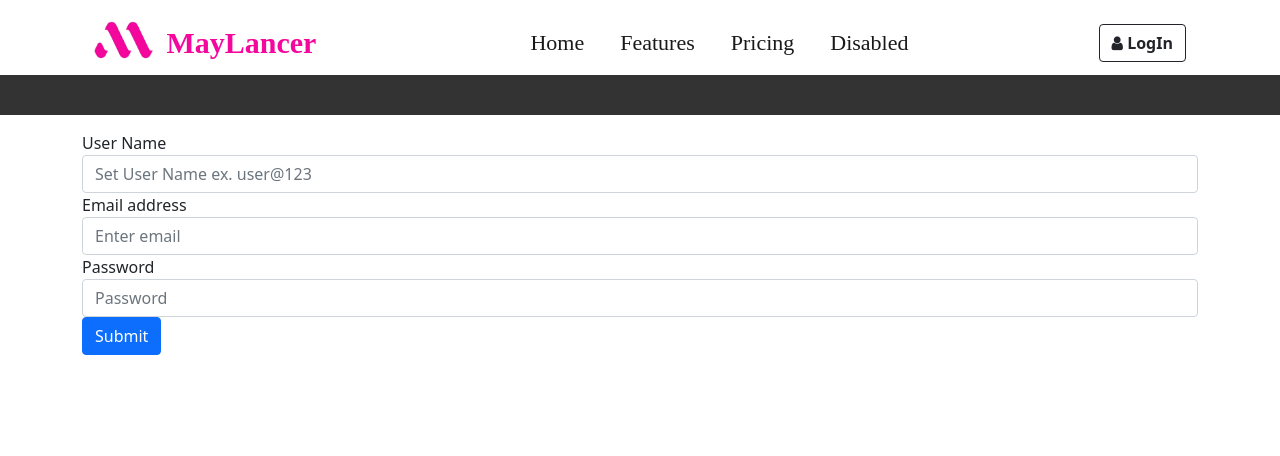
Repository: prathmesh2023/maylancers
Page: http://localhost/register
The author's editor kept a copy of each file at every save. The page is drawn from the files as they stood at one save, then again after the next save.
The browser window is 1280 px wide. The pictures show the whole page.
Some web fonts or font styles are not loaded; a fallback is used. Some web libraries are served in a nearby version. The page is served by the project's application, run on Django 3.2 (manage.py).

Above is the page before, as saved 2022-01-23 19:49:19.

After the next save:
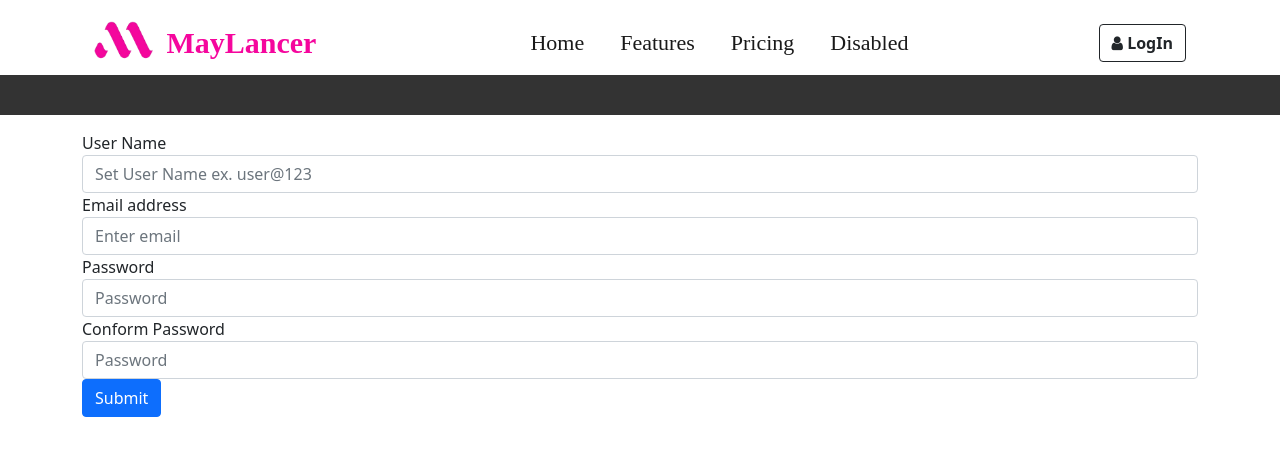
Saved 21 s later.
--- a/templates/register.html
+++ b/templates/register.html
@@ -18,6 +18,11 @@
             <input type="password" class="form-control" id="exampleInputPassword1" placeholder="Password">
         </div>
 
+        <div class="form-group">
+            <label for="exampleInputPassword1">Conform Password</label>
+            <input type="password" class="form-control" id="exampleInputPassword1" placeholder="Password">
+        </div>
+
         <button type="submit" class="btn btn-primary">Submit</button>
     </form>
 </div>

After the save that followed:
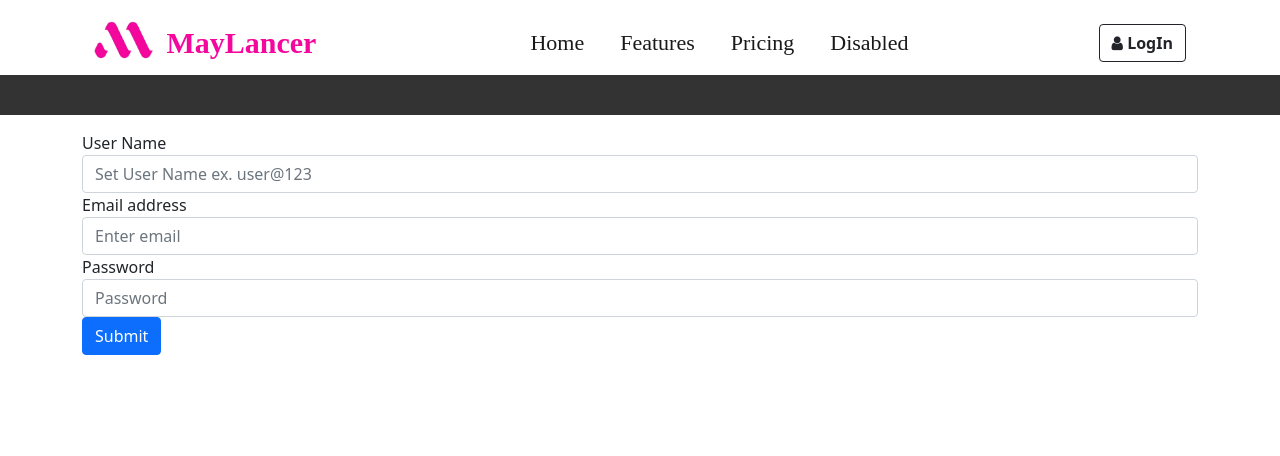
Saved 18 s later.
--- a/templates/register.html
+++ b/templates/register.html
@@ -18,10 +18,7 @@
             <input type="password" class="form-control" id="exampleInputPassword1" placeholder="Password">
         </div>
 
-        <div class="form-group">
-            <label for="exampleInputPassword1">Conform Password</label>
-            <input type="password" class="form-control" id="exampleInputPassword1" placeholder="Password">
-        </div>
+
 
         <button type="submit" class="btn btn-primary">Submit</button>
     </form>
